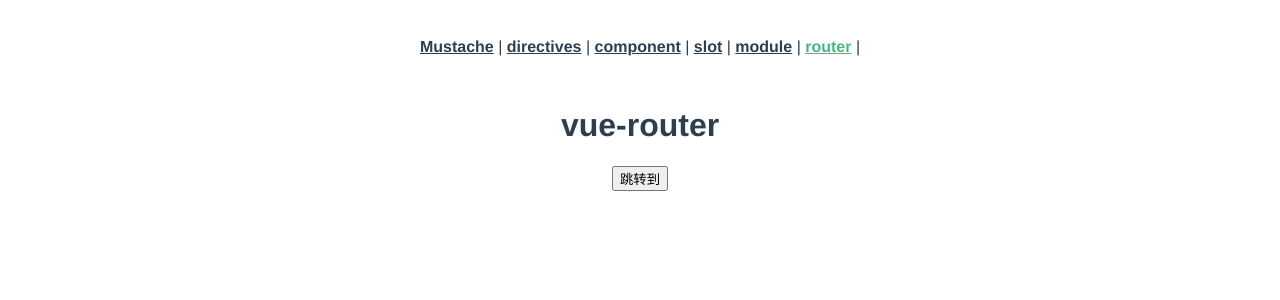
Repository: yeyanghui0616/my-vue2-learning
Page: /router
These files come from the project's save history. The page is drawn as it stood at one moment and after the next save; the edit follows.
The browser window is 1280 px wide. The pictures show the whole page.
The project was rebuilt for these pictures with package versions that can differ from the ones it lists, and the page was loaded fresh each time. Also part of the build but not shown: src/views/Mustache.vue, src/components/globalComponent.vue.

Above is the page before, as saved 2023-08-30 22:15:55.

### src/main.js
import Vue from "vue";
import App from "./App.vue";
import router from "./router";
import store from "./store";

// 注册全局组件
import globalComponent from "./components/globalComponent";
Vue.component("globalComponent", globalComponent);

Vue.config.productionTip = false;

new Vue({
	router,
	store,
	render: (h) => h(App),
}).$mount("#app");

### src/App.vue
<template>
  <div id="app">
    <div id="nav">
      <router-link to="/">Mustache</router-link> |
      <router-link to="/directives">directives</router-link> |
      <router-link to="/component">component</router-link> |
      <router-link to="/slot">slot</router-link> |
      <router-link to="/module">module</router-link> |
      <router-link to="/router">router</router-link> |
    </div>
    <router-view />
  </div>
</template>

<style lang="scss">
#app {
  font-family: Avenir, Helvetica, Arial, sans-serif;
  -webkit-font-smoothing: antialiased;
  -moz-osx-font-smoothing: grayscale;
  text-align: center;
  color: #2c3e50;
}

#nav {
  padding: 30px;

  a {
    font-weight: bold;
    color: #2c3e50;

    &.router-link-exact-active {
      color: #42b983;
    }
  }
}
</style>

### src/router/index.js
import Vue from "vue";
import VueRouter from "vue-router";
import Mustache from "../views/Mustache.vue";

Vue.use(VueRouter);

const routes = [
	{
		path: "/",
		name: "Mustache",
		component: Mustache,
	},
	{
		path: "/directives",
		name: "directives",
		component: () => import("../views/directives.vue"),
	},
	{
		path: "/component",
		name: "component",
		component: () => import("../views/component.vue"),
	},
	{
		path: "/slot",
		name: "slot",
		component: () => import("../views/slot.vue"),
	},
	{
		path: "/module",
		name: "module",
		component: () => import("../views/module.vue"),
	},
	{
		path: "/router",
		name: "router",
		component: () => import("../views/router.vue"),
	},
];

const router = new VueRouter({
	mode: "history",
	base: process.env.BASE_URL,
	routes,
});

export default router;

### src/views/router.vue
<template>
  <div>
    <h1>vue-router</h1>
    <button>跳转到</button>
  </div>
</template>

<script>
export default {
  data() {
    return {};
  },

  methods: {},
};
</script>

<style lang="scss"></style>

Loaded but not shown: public/index.html (common file); src/store/index.js (common file)

After the next save:
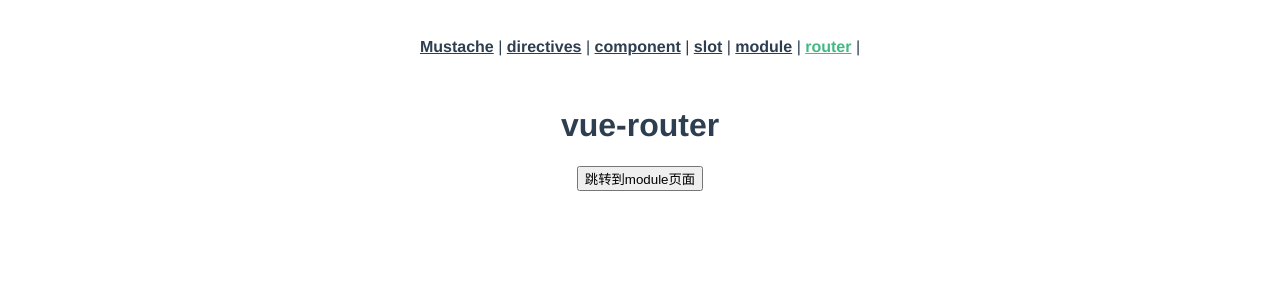
Saved 5 s later.
--- a/src/views/router.vue
+++ b/src/views/router.vue
@@ -1,7 +1,7 @@
 <template>
   <div>
     <h1>vue-router</h1>
-    <button>跳转到</button>
+    <button>跳转到module页面</button>
   </div>
 </template>
 
